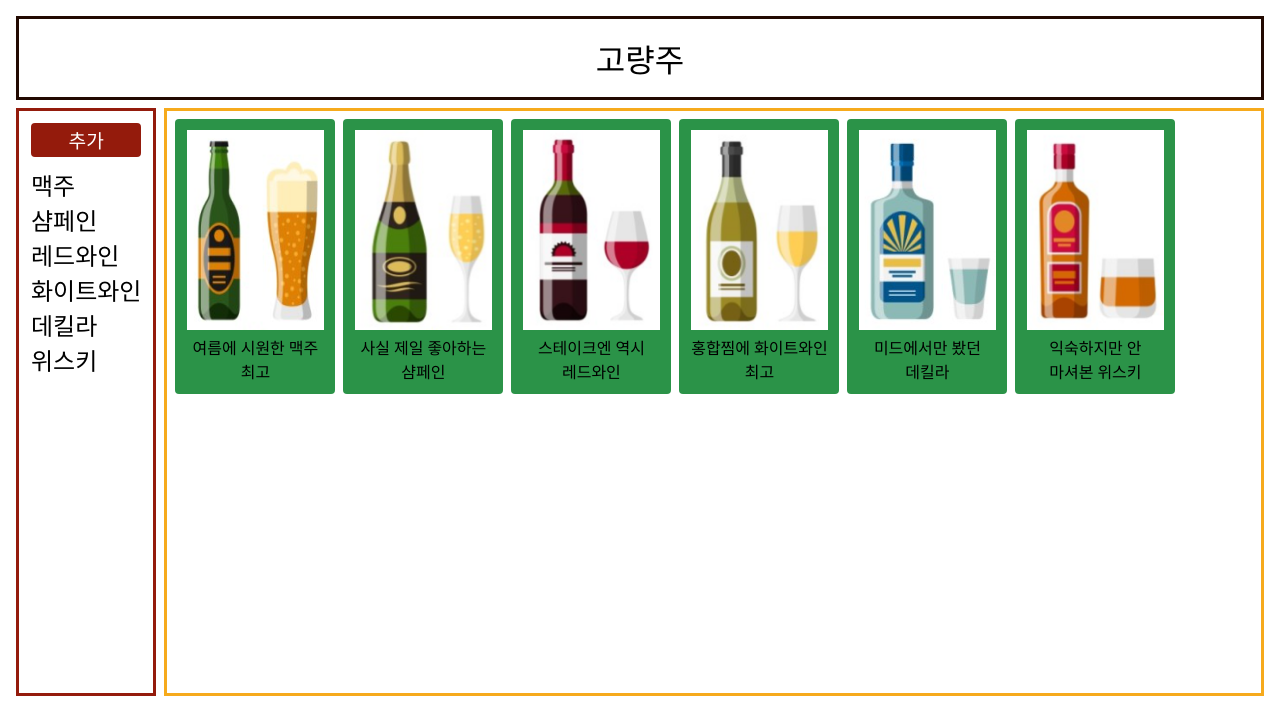
Repository: Jay-JYKim91/grj_2nd_week
Page: index.html
An editor plug-in stored every save of this project. The page is shown before and after the next save, followed by the edit.
The browser window is 1280 px wide. The pictures show the whole page.
After loading, the first visible `#openModalBtn` was clicked once.
Some web fonts or font styles are not loaded; a fallback is used.

Above is the page before, as saved 2022-05-16 17:16:50.

After the next save:
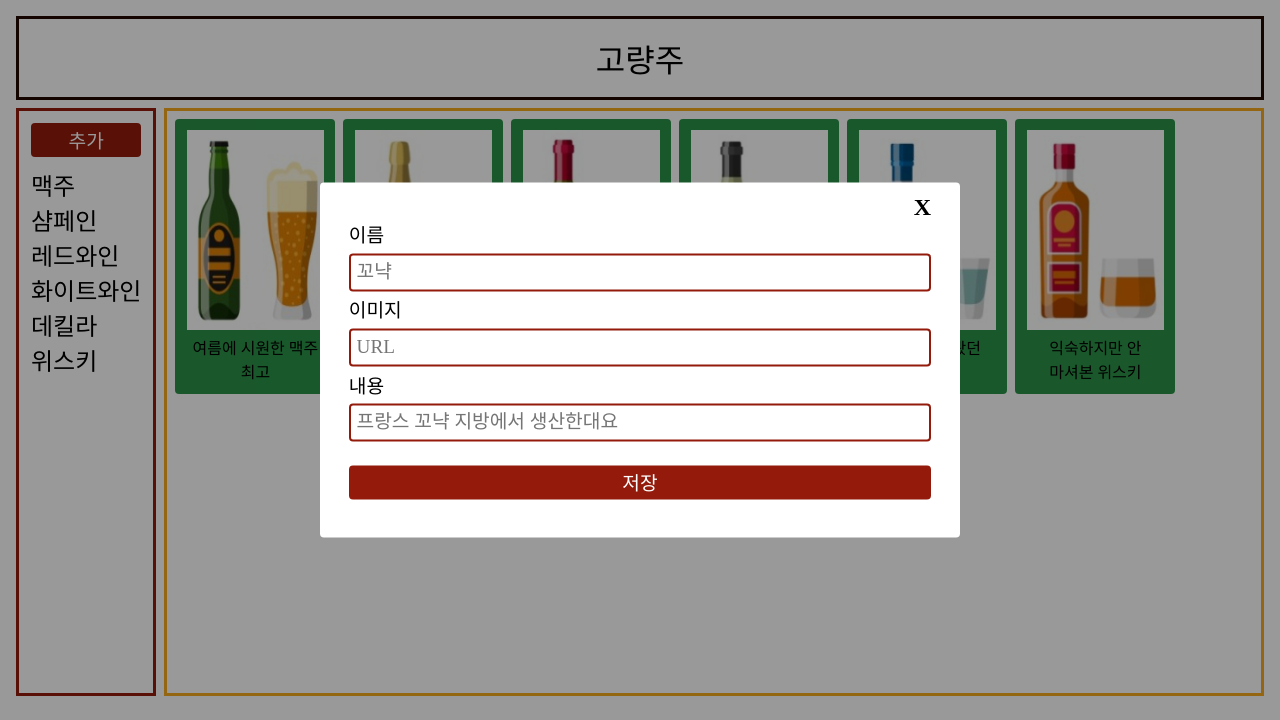
Saved 28 s later.
--- a/main.js
+++ b/main.js
@@ -1,4 +1,4 @@
 // Open modal
 document.getElementById('openModalBtn').addEventListener('click', () => {
-    document.getElementById('addItemModal').style.display = 'absolute';
+    document.getElementById('addItemModal').style.display = 'block';
 })

After the 2 saves that followed:
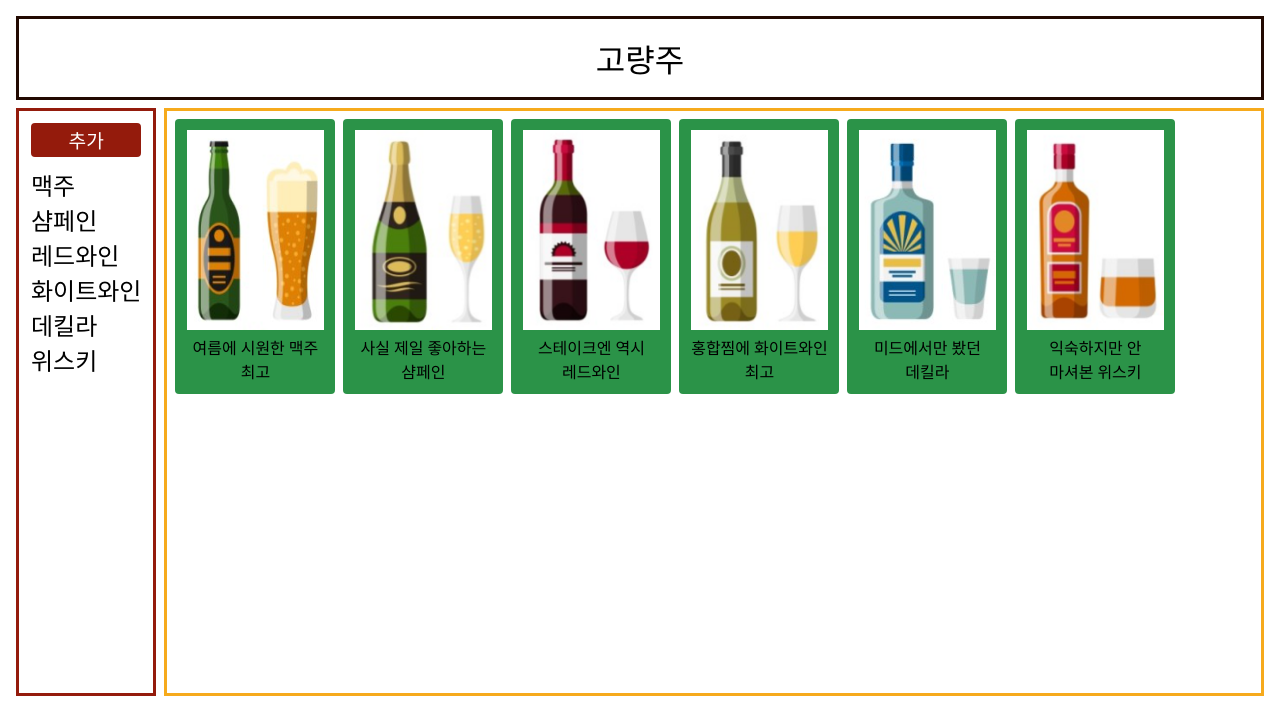
The 2 saves are shown as one change because 1 left the picture as it was.
The last was saved 44 s later.
--- a/styles.css
+++ b/styles.css
@@ -92,6 +92,10 @@ aside {
   background-color: rgba(0, 0, 0, 0.4);
 }
 
+.modal.opend {
+  display: block;
+}
+
 .modal-content {
   position: fixed;
   top: 50%;
--- a/main.js
+++ b/main.js
@@ -1,4 +1,4 @@
 // Open modal
 document.getElementById('openModalBtn').addEventListener('click', () => {
-    document.getElementById('addItemModal').style.display = 'block';
+    document.getElementById('addItemModal').classList.toggle = 'opened';
 })
